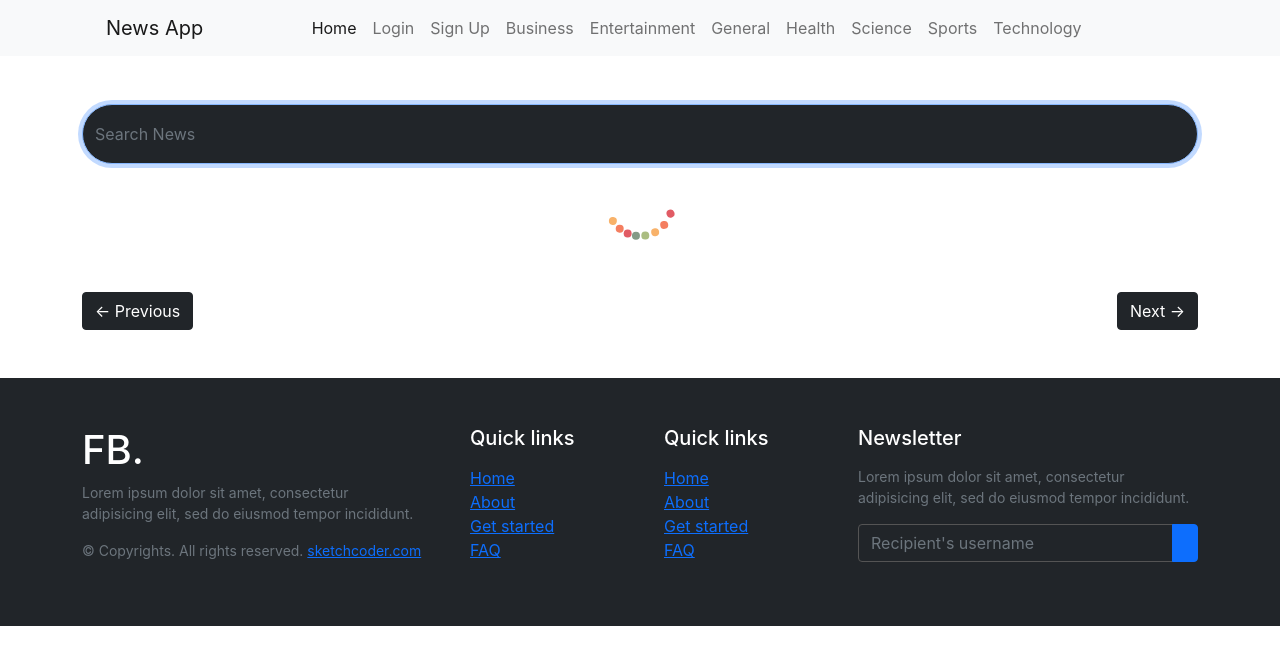
Repository: ZainAkbar51214/News-Site
Page: /
The author's editor kept a copy of each file at every save. The page is drawn from the files as they stood at one save, then again after the next save.
The browser window is 1280 px wide. The pictures show the whole page.
The first visible `.form-news` has the focus.
The page's requests for data from a server got no answer. The project was rebuilt for these pictures with package versions that can differ from the ones it lists, and the page was loaded fresh each time. No one was signed in, and anything a server would have sent is missing. Also part of the build but not shown: src/Components/pages/Login.jsx, src/Components/pages/SignUp.jsx, src/Components/Layouts/NewsItem.js.

Above is the page before, as saved 2023-12-18 04:39:54.

### public/index.html
<!DOCTYPE html>
<html lang="en">
  <head>
    <meta charset="utf-8" />
    <link rel="icon" href="%PUBLIC_URL%/favicon.ico" />
    <meta name="viewport" content="width=device-width, initial-scale=1" />
    <meta name="theme-color" content="#000000" />
    <meta
      name="description"
      content="Web site created using create-react-app"
    />
    <link rel="apple-touch-icon" href="%PUBLIC_URL%/logo192.png" />

    <link rel="manifest" href="%PUBLIC_URL%/manifest.json" />

    <title>News App</title>
    <!-- Bootstrap cdn -->
    <link href="https://cdn.jsdelivr.net/npm/bootstrap@5.0.2/dist/css/bootstrap.min.css" rel="stylesheet" integrity="sha384-EVSTQN3/azprG1Anm3QDgpJLIm9Nao0Yz1ztcQTwFspd3yD65VohhpuuCOmLASjC" crossorigin="anonymous">
  </head>
  <body>
    <noscript>You need to enable JavaScript to run this app.</noscript>
    <div id="root"></div>


    <!-- Bootstrap Script -->
    <script src="https://cdn.jsdelivr.net/npm/@popperjs/core@2.9.2/dist/umd/popper.min.js" integrity="sha384-IQsoLXl5PILFhosVNubq5LC7Qb9DXgDA9i+tQ8Zj3iwWAwPtgFTxbJ8NT4GN1R8p" crossorigin="anonymous"></script>
<script src="https://cdn.jsdelivr.net/npm/bootstrap@5.0.2/dist/js/bootstrap.min.js" integrity="sha384-cVKIPhGWiC2Al4u+LWgxfKTRIcfu0JTxR+EQDz/bgldoEyl4H0zUF0QKbrJ0EcQF" crossorigin="anonymous"></script>
  </body>
</html>

### src/App.js
import React from "react";
import {
  BrowserRouter as Router,
  Switch,
  Route
} from "react-router-dom";
import Navbar from './Components/Header/Navbar';
import Footer from './Components/Footer/Footer';
import Login from "./Components/pages/Login";
import SignUp from "./Components/pages/SignUp";
import News from "./Components/Layouts/News";

function App() {
  return (
    <Router>
      <Navbar />
        <Switch>
          <Route path="/" exact><News key="general" pageSize={5} country="in" category="general" /></Route>
          <Route path="/business" exact><News key="business" pageSize={5} country="in" category="business" /></Route>
          <Route path="/entertainment" exact><News key="entertainment" pageSize={5} country="in" category="entertainment" /></Route>
          <Route path="/health" exact><News key="health" pageSize={5} country="in" category="health" /></Route>
          <Route path="/science" exact><News key="science" pageSize={5} country="in" category="science" /></Route>
          <Route path="/sports" exact><News key="sports" pageSize={5} country="in" category="sports" /></Route>
          <Route path="/technology" exact><News key="technology" pageSize={5} country="in" category="technology" /></Route>
          <Route path="/login">
            <Login />
          </Route>
          <Route path="/sign-up">
            <SignUp />
          </Route>
        </Switch>
      <Footer />
  </Router>
  );
}

export default App;

### src/Components/Header/Navbar.jsx
import React, { Component } from 'react';
import { Link } from 'react-router-dom';

class Navbar extends Component {
    render() {
        return (
            <div>
                <div className="container-fluid bg-light">
                <div className="container">
                    <div className="row">
                        <div className="col-md-12">
                            <nav className="navbar navbar-expand-lg navbar-light">
                                <div className="container-fluid">
                                    <Link className="navbar-brand" to="/">News App</Link>
                                    <button className="navbar-toggler" type="button" data-bs-toggle="collapse" data-bs-target="#navbarSupportedContent" aria-controls="navbarSupportedContent" aria-expanded="false" aria-label="Toggle navigation">
                                        <span className="navbar-toggler-icon"></span>
                                    </button>
                                    <div className="collapse navbar-collapse" id="navbarSupportedContent">
                                        <ul className="navbar-nav mx-auto mb-2 mb-lg-0">
                                            <li className="nav-item">
                                                <Link className="nav-link active" aria-current="page" to="/">Home</Link>
                                            </li>
                                            <li className="nav-item">
                                                <Link className="nav-link" to="/login">Login</Link>
                                            </li>
                                            <li className="nav-item">
                                                <Link className="nav-link" to="/sign-up">Sign Up</Link>
                                            </li>
                                            <li className="nav-item">
                                                <Link className="nav-link" to="/business">Business</Link>
                                            </li>
                                            <li className="nav-item">
                                                <Link className="nav-link" to="/entertainment">Entertainment</Link>
                                            </li>
                                            <li className="nav-item">
                                                <Link className="nav-link" to="/">General</Link>
                                            </li>
                                            <li className="nav-item">
                                                <Link className="nav-link" to="/health">Health</Link>
                                            </li>
                                            <li className="nav-item">
                                                <Link className="nav-link" to="/science">Science</Link>
                                            </li>
                                            <li className="nav-item">
                                                <Link className="nav-link" to="/sports">Sports</Link>
                                            </li>
                                            <li className="nav-item">
                                                <Link className="nav-link" to="/technology">Technology</Link>
                                            </li>
                                        </ul>
                                    </div>
                                </div>
                            </nav>
                        </div>
                    </div>
                </div>
            </div>
            </div>
        );
    }
}

export default Navbar;

### src/Components/Footer/Footer.jsx
import React from "react";
import { Link } from "react-router-dom";
import '../Footer/Footer.css';

const Navbar = () => {
    return (
        <>
            <div className="d-flex flex-column h-100" style={{overflow: 'hidden'}}>
                {/* <!-- FOOTER --> */}
                <footer className="w-100 py-4 flex-shrink-0">
                    <div className="container py-4">
                        <div className="row gy-4 gx-5">
                            <div className="col-lg-4 col-md-6">
                                <h5 className="h1 text-white">FB.</h5>
                                <p className="small text-muted">Lorem ipsum dolor sit amet, consectetur adipisicing elit, sed do eiusmod tempor incididunt.</p>
                                <p className="small text-muted mb-0">&copy; Copyrights. All rights reserved. <Link className="text-primary" to="https://sketchcoder.com" target="_blank">sketchcoder.com</Link></p>
                            </div>
                            <div className="col-lg-2 col-md-6">
                                <h5 className="text-white mb-3">Quick links</h5>
                                <ul className="list-unstyled text-muted">
                                    <li><Link to="#">Home</Link></li>
                                    <li><Link to="#">About</Link></li>
                                    <li><Link to="#">Get started</Link></li>
                                    <li><Link to="#">FAQ</Link></li>
                                </ul>
                            </div>
                            <div className="col-lg-2 col-md-6">
                                <h5 className="text-white mb-3">Quick links</h5>
                                <ul className="list-unstyled text-muted">
                                    <li><Link to="#">Home</Link></li>
                                    <li><Link to="#">About</Link></li>
                                    <li><Link to="#">Get started</Link></li>
                                    <li><Link to="#">FAQ</Link></li>
                                </ul>
                            </div>
                            <div className="col-lg-4 col-md-6">
                                <h5 className="text-white mb-3">Newsletter</h5>
                                <p className="small text-muted">Lorem ipsum dolor sit amet, consectetur adipisicing elit, sed do eiusmod tempor incididunt.</p>
                                <form action="#">
                                    <div className="input-group mb-3">
                                        <input className="form-control" type="text" placeholder="Recipient's username" aria-label="Recipient's username" aria-describedby="button-addon2" />
                                        <button className="btn btn-primary" id="button-addon2" type="button"><i className="fas fa-paper-plane"></i></button>
                                    </div>
                                </form>
                            </div>
                        </div>
                    </div>
                </footer>
            </div>
        </>
    )
}

export default Navbar;

### src/Components/Layouts/News.js
import React, { Component } from 'react';
import NewsItem from './NewsItem';
import Spinner from '../Spinner';
import PropTypes from 'prop-types';

class News extends Component {

    static defaultProps = {
        country: 'in',
        pageSize: 8,
        category: 'general'
      }
    static propTypes = {
        country: PropTypes.string,
        pageSize: PropTypes.number,
        category: PropTypes.string,

      }

    constructor(){
        super();
        this.state = {
            articles: [],
            loading: false,
            page: 1
        }
    }

    async componentDidMount(){
        let url =    `https://newsapi.org/v2/top-headlines?country=${this.props.country}&category=${this.props.category}&apiKey=e5869a5b7afe45f0975749f435cea4b5&page=${this.state.page - 1}&pageSize=${this.props.pageSize}`;
        this.setState({loading: true});
        let data = await fetch(url);
        let passData = await data.json();
        console.log(passData);
        this.setState({
            articles: passData.articles,
            totalResults: passData.totalResults,
            loading: false
        })

    }

    handPrevClick = async () => {
        console.log("prev");
        let url =    `https://newsapi.org/v2/top-headlines?country=${this.props.country}&category=${this.props.category}&apiKey=e5869a5b7afe45f0975749f435cea4b5&page=${this.state.page - 1}&pageSize=${this.props.pageSize}`;
        this.setState({loading: true});
        let data = await fetch(url);
        let passData = await data.json();
        console.log(passData);

        this.setState({
            page: this.state.page - 1,
            articles: passData.articles,
            loading: false
        })
    }
    handNextClick = async () => {
        console.log("Next");
        if(!(this.state.page + 1 > Math.ceil(this.state.totalResults/this.props.pageSize))){

        let url =  `https://newsapi.org/v2/top-headlines?country=${this.props.country}&category=${this.props.category}&apiKey=e5869a5b7afe45f0975749f435cea4b5&page=${this.state.page + 1}&pageSize=${this.props.pageSize}`;
        this.setState({loading: true});
        let data = await fetch(url);
        let passData = await data.json();
        console.log(passData);

        this.setState({
            page: this.state.page + 1,
            articles: passData.articles,
            loading: false
        })
        }
    }



    render() {
        return (
            <div className='container-fluid'>
                <div className='container'>
                    <div className='row'>
                        <div className='col-lg-12 mt-5'>
                            <input type='search' placeholder='Search News' className='form-control form-news' />
                        </div>
                    </div>
                    {
                        this.state.loading &&
                        <div className='row'>
                            <div className='col-lg-12 text-center'>
                                <Spinner />
                            </div>
                        </div>
                    }
                    <div className='row'>
                        {!this.state.loading && this.state.articles.map((element) => {
                           return element.urlToImage?<div className='col-lg-4 col-md-6 mt-5' key={element.url}>
                           <NewsItem title={element.title?element.title.slice(0, 45): ""} description={element.description?element.description.slice(0, 86): ""} imageUrl={element.urlToImage} newsUrl={element.url} />
                       </div>
                       :""
                        })}

                    </div>

                   <div className='row'>
                   <div className='col-lg-12 d-flex justify-content-between mt-5 mb-5'>
                        <button disabled={this.state.page<1} type='button' className='btn btn-dark' onClick={this.handPrevClick}>&larr; Previous</button>
                        <button disabled={this.state.page + 1 > Math.ceil(this.state.totalResults/this.props.pageSize)} type='button' className='btn btn-dark' onClick={this.handNextClick}>Next &rarr;</button>
                    </div>
                   </div>
                </div>
            </div>
        );
    }
}

export default News;

### src/Components/Footer/Footer.css
/* ==========================================
    FOR DEMO PURPOSE
  ========================================== */

  .text-small {
    font-size: 0.9rem;
  }

  .form-control {
    background: #212529;
    border-color: #545454;
  }

  .form-control:focus {
    background: #212529;
  }

  footer {
    background: #212529;
  }

### src/Components/Spinner.jsx
import React, { Component } from 'react';
import loading from '../img/index.svg';

class Spinner extends Component {
    render() {
        return (
            <div>
                <img src={loading} alt="loading" />
            </div>
        );
    }
}

export default Spinner;

### src/App.css
.App {
  text-align: center;
}

.App-logo {
  height: 40vmin;
  pointer-events: none;
}

@media (prefers-reduced-motion: no-preference) {
  .App-logo {
    animation: App-logo-spin infinite 20s linear;
  }
}

.App-header {
  background-color: #282c34;
  min-height: 100vh;
  display: flex;
  flex-direction: column;
  align-items: center;
  justify-content: center;
  font-size: calc(10px + 2vmin);
  color: white;
}

.App-link {
  color: #61dafb;
}

@keyframes App-logo-spin {
  from {
    transform: rotate(0deg);
  }
  to {
    transform: rotate(360deg);
  }
}

/* Login Css */
.bg-login{
  background: rgb(34,193,195);
  background: linear-gradient(135deg, rgba(34,193,195,1) 0%,     rgba(253,187,45,1) 100%);
  font-family: "work sans";
  padding: 100px 0;
  display: flex;
  justify-content: center;
}
#loginform{
  max-width: 500px;
  min-width: 300px;
  width: 30%;
  background-color: #FFFFFF;
  border-radius: 25px;
}

#headerTitle{
  text-align: center;
  font-family: 'open sans', sans-serif;
  padding: 2rem 0;
  margin: 0;
  font-size: 2rem;
}

.row-lab{
  display: flex;
  flex-direction: column;
  align-items: center;
  padding-top: 2rem;
  max-width: 100%;

}

.row-lab input{
  width: 80%;
  box-sizing: border-box;
	border: none;
  font-size: 1.3rem;
  padding-left: 1.5rem;
  padding-bottom: 1rem;
  box-shadow: inset 0px -3px 0px 0px rgba(187,187,187,0.2);
  transition: box-shadow 0.2s ease-in;
}

.row-lab input:focus{
   box-shadow: inset 0px -3px 0px 0px rgba(34,193,195,0.7);
   outline: none;
}

.row-lab input::-webkit-input-placeholder{
  opacity: 1;
  transition: opacity 0.25s ease-out;
}

.row-lab input:hover::-webkit-input-placeholder,
.row-lab input:focus::-webkit-input-placeholder{
  opacity: 0;
}

.row-lab label{
  align-self: start;
  padding-left: 4.5rem;
  padding-bottom: 0.5rem;
  color: rgba(187,187,187,0.9);
}

.row-lab button{
  border-radius: 25px;
  width: 80%;
  height: 40px;
  font-size: 1.3rem;
  color: white;
  font-weight: 700;
  background: rgb(34,193,195);
  background: linear-gradient(90deg, rgba(34,193,195,1) 0%,     rgba(253,187,45,1) 100%);
  border: 0px;
  cursor: pointer;
  transition: opacity 0.25s ease-out;
}

.row-lab button:hover{
  opacity: 0.8;
}

#button{
  padding-bottom: 1.5rem;
}

#facebookIcon{
  background-image:      url("https://image.flaticon.com/icons/svg/145/145802.svg");
  background-repeat: no-repeat;
  width: 3rem;
  height: 3rem;
}

#twitterIcon{
  background-image: url("https://image.flaticon.com/icons/svg/145/145812.svg");
  background-repeat: no-repeat;
  width: 3rem;
  height: 3rem;
}

#googleIcon{
  background-image: url("https://image.flaticon.com/icons/svg/145/145804.svg");
  background-repeat: no-repeat;
  width: 3rem;
  height: 3rem;
}

#iconGroup{
  display: flex;
  justify-content: center;
  padding: 2rem 0;
}

#iconGroup a{
  margin: 0 0.6rem;
}

#alternativeLogin {
   text-align: center;
   padding-top: 2rem;
   margin-top: 1.5rem;
}


/* News Css start */
.form-news{
  height: 60px;
  border-radius: 100px;
  background-color: transparent;
  border: 1px solid rgb(0, 0, 0, 0.3);
}

Loaded but not shown: src/index.js (common file); src/index.css (common file); src/reportWebVitals.js (common file); public/manifest.json (common file)

After the next save:
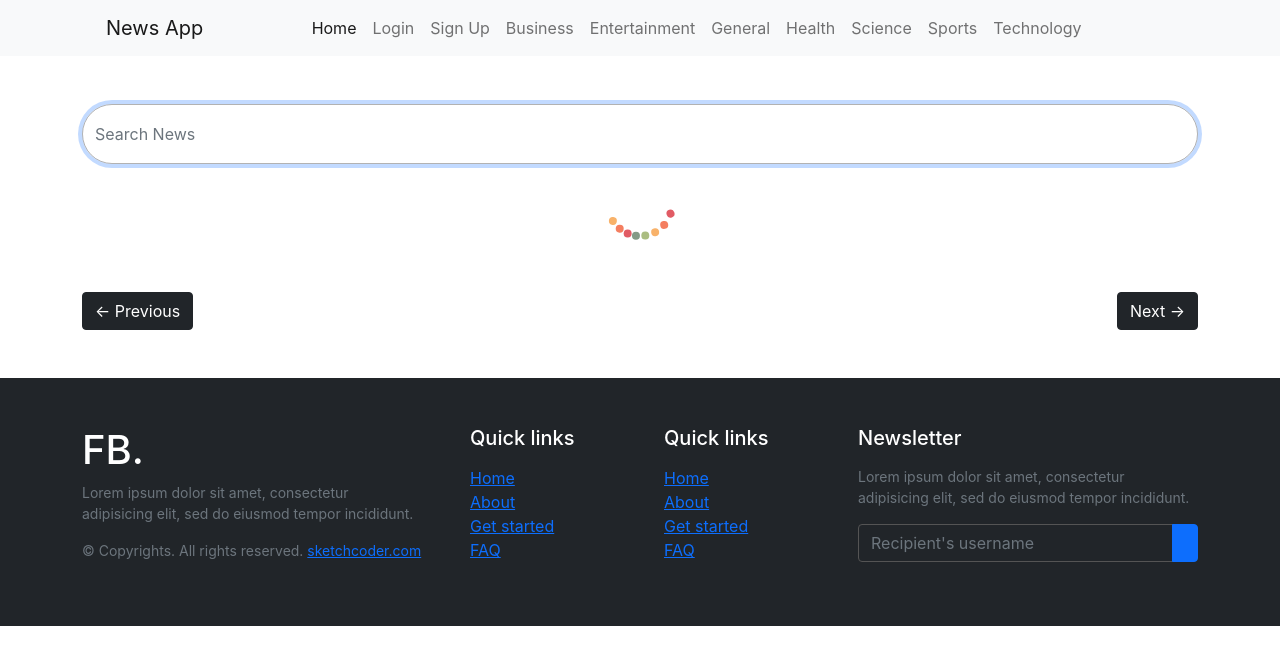
Saved 19 s later.
--- a/src/App.css
+++ b/src/App.css
@@ -171,3 +171,9 @@
   background-color: transparent;
   border: 1px solid rgb(0, 0, 0, 0.3);
 }
+.form-news:focus{
+  height: 60px;
+  border-radius: 100px;
+  background-color: transparent;
+  border: 1px solid rgb(0, 0, 0, 0.3);
+}
